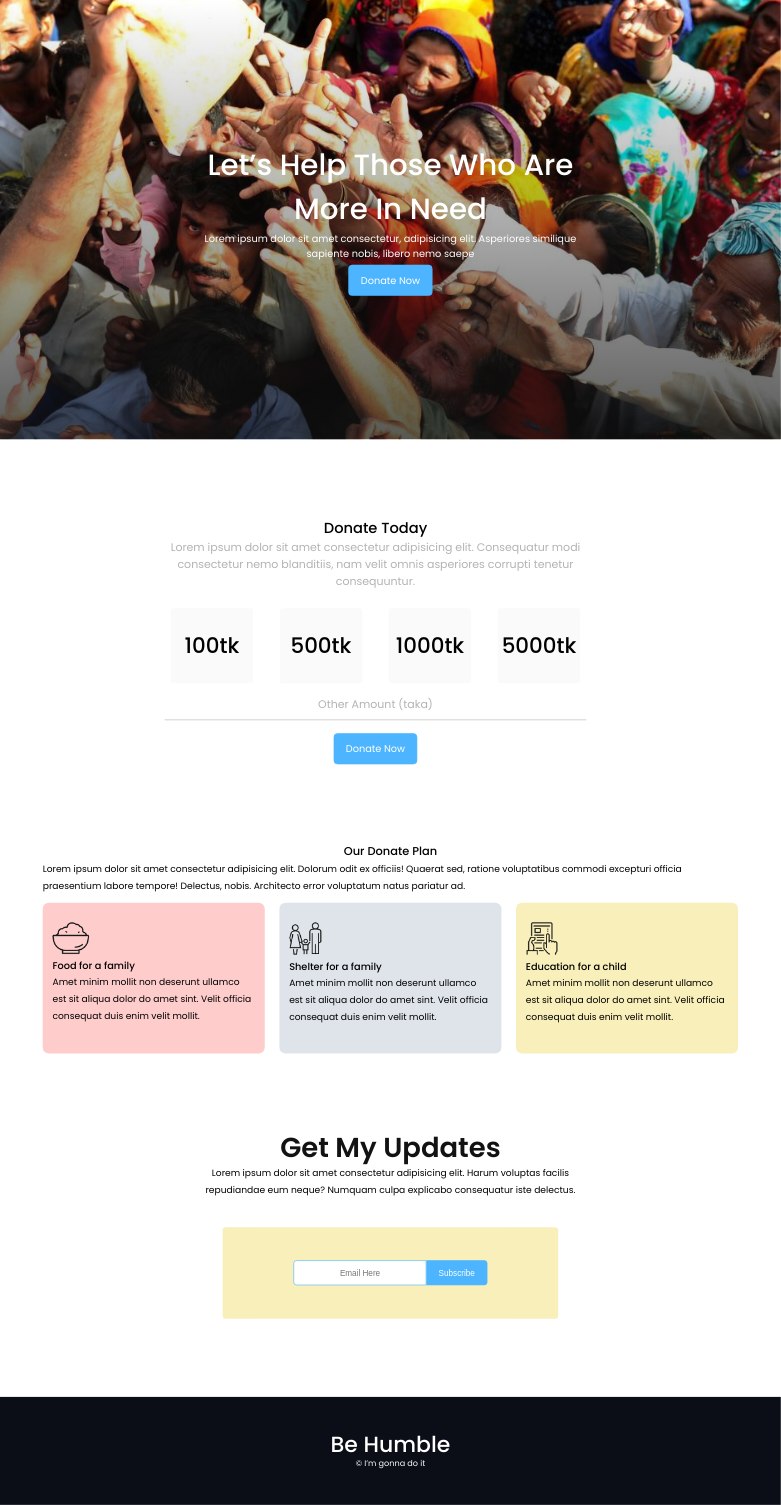
Repository: mdrubel02/donate-website
Page: index.html
An editor plug-in stored every save of this project. The page is shown before and after the next save, followed by the edit.
The browser window is 1280 px wide. The pictures show the whole page, at 61% of full size.

Above is the page before, as saved 2022-07-06 20:30:22.

### index.html
<!DOCTYPE html>
<html lang="en">

<head>
    <meta charset="UTF-8">
    <meta http-equiv="X-UA-Compatible" content="IE=edge">
    <meta name="viewport" content="width=device-width, initial-scale=1.0">
    <title>Our Donate Website</title>
    <link rel="stylesheet" href="./index.css">
</head>

<body>
    <!-- banner section -->
    <section class="banner-section">
        <div class="banner-content">
            <h1>Let’s Help Those Who Are More In Need</h1>
            <p>Lorem ipsum dolor sit amet consectetur, adipisicing elit. Asperiores similique
                sapiente nobis, libero nemo saepe</p>
            <a href="" class="btn btn-primary">Donate Now</a>
        </div>
    </section>

    <!-------- Donate Today------->
    <section class="container">
        <div class="donate-section">
            <h2 class="section-title">Donate Today</h2>

            <p class="small-title">Lorem ipsum dolor sit amet consectetur adipisicing elit. Consequatur modi
                consectetur nemo blanditiis, nam velit omnis asperiores corrupti tenetur consequuntur.</p>

            <div class="donate-today">
                <div class="donate-content">
                    <h3>100<span>tk</span> </h3>
                </div>
                <div class="donate-content">
                    <h3>500<span>tk</span> </h3>
                </div>
                <div class="donate-content">
                    <h3>1000<span>tk</span> </h3>
                </div>
                <div class="donate-content">
                    <h3>5000<span>tk</span> </h3>
                </div>
            </div>
            <p>Other Amount <span>(taka)</span></p>
            <hr>
            <a href="" class="btn btn-primary">Donate Now</a>
        </div>
    </section>

    <!---------- donate plan section-------- -->
    <section class="container">
        <h3 class="section-title">Our Donate Plan</h3>
        <p class="small-title">Lorem ipsum dolor sit amet consectetur adipisicing elit. Dolorum odit ex officiis!
            Quaerat sed, ratione voluptatibus commodi excepturi officia praesentium labore tempore! Delectus, nobis.
            Architecto error voluptatum natus pariatur ad.</p>
        <div class="donate-plan-section">
            <div id="food" class="donate-plan-content">
                <img src="./icons/food.png" alt="">
                <h4>Food for a family</h4>
                <p class="small-title">Amet minim mollit non deserunt ullamco est sit aliqua dolor do amet sint. Velit
                    officia consequat duis enim velit mollit.</p>
            </div>
            <div id="Shelter" class="donate-plan-content">
                <img src="./icons/shelter.png" alt="">
                <h4>Shelter for a family</h4>
                <p class="small-title">Amet minim mollit non deserunt ullamco est sit aliqua dolor do amet sint. Velit
                    officia consequat duis enim velit mollit.</p>
            </div>
            <div id="education" class="donate-plan-content">
                <img src="./icons/Frame-1.png" alt="">
                <h4>Education for a child</h4>
                <p class="small-title">Amet minim mollit non deserunt ullamco est sit aliqua dolor do amet sint. Velit
                    officia consequat duis enim velit mollit.</p>
            </div>
        </div>
    </section>

    <!-- Update Section -->
    <section class="container">
        <div class="section-title">
            <h1 class="title">Get My Updates</h1>
            <p class="small-title">Lorem ipsum dolor sit amet consectetur adipisicing elit. Harum voluptas facilis repudiandae eum neque?
                Numquam culpa explicabo consequatur iste delectus.</p>
        </div>
        <div class="update-section">
            <div class="update-content">
                <input class="email-input" type="email" placeholder="Email Here">
                <input class="submit-input" type="submit" value="Subscribe">
            </div>
        </div>
    </section>

    <!------- Footer Section---- -->
    <footer>
        <h1>Be Humble</h1>
        <small>&copy; I’m gonna do it</small>
    </footer>
</body>

</html>

### index.css
/* =====GOOGLE FONTS====== */
@import url('https://fonts.googleapis.com/css2?family=Poppins:wght@300;400;500;600&display=swap');

/* =====COMMON STYLES====== */
* {
    margin: 0;
    padding: 0;
    border: 0;
    outline: 0;
    list-style: none;
    text-decoration: none;
}

body {
    font-family: 'Poppins', sans-serif;
}

h1,
h2,
h3,
h4,
h5,
h6 {
    font-weight: 500;
}

/* img {
    display: block;
    width: 100%;
    object-fit: cover;
} */

.container {
    max-width: 1200px;
    margin: 0 auto;
    padding: 0 30px;
    margin-top: 10%;
    margin-bottom: 10%;
    box-sizing: border-box;
}

a {
    color: #fff;
    transition: all 400ms ease;
}

a:hover {
    color: #fff;
}

.btn {
    text-align: center;
    width: max-content;
    display: inline-block;
    color: #fff;
    padding: 0.75rem 1.2rem;
    border-radius: 0.4rem;
    border: 1px solid #4db5ff;
    transition: all 400ms ease;
}

.btn:hover {
    background: #fff;
    color: #4db5ff;
    border: 1px solid #4db5ff;
}

.btn-primary {
    background: #4db5ff;
    color: #fff;
}

.section-title {
    text-align: center;
    padding: 0 250px;
}
.title{
    color: #121212;
    font-weight: 700;
    font-size: 45px;
    line-height: 54px;
    text-align: center;
}
.small-title {
    font-family: 'Poppins';
    font-style: normal;
    font-weight: 400;
    font-size: 15px;
    line-height: 28px;
    ;
    margin-bottom: .9rem;
}

hr {
    border: 1px solid #DADADA;
    margin-bottom: 1.3rem;
}


/* ========BANNER SECTION STYLE======== */

.banner-section {
    background-image: url(./images/donation0.jpg);
    background-repeat: no-repeat;
    background-size: cover;
    background-position: center center;
    height: 100vh;
    width: 100%;
    position: relative;
    z-index: 1;
    display: flex;
    flex-direction: column;
    justify-content: center;
    align-items: center;
    text-align: center;
}

.banner-section:after {
    content: "";
    position: absolute;
    top: 0;
    left: 0;
    width: 100%;
    height: 100%;
    background: linear-gradient(360deg, #121212 0%, rgba(18, 18, 18, 0) 100%);
    opacity: .7;
    z-index: -5;
}

.banner-content {
    width: 50%;
}

.banner-content h1 {
    font-size: 3rem;
    color: #fff;
}

.banner-content p {
    margin-bottom: 5px;
    color: #fff;
}

/*=========== Donate section style========= */
.donate-today {
    display: flex;
    gap: 1.5rem;
    justify-content: space-around;

}

.donate-content {
    width: 135px;
    height: 123px;
    background: #FAFAFA;
    border-radius: 5px;
    font-size: 30px;
    font-weight: 700;
    line-height: 36px;
    display: flex;
    justify-content: center;
    align-items: center;
    margin: 1.2rem 0;
    transition: all 400ms ease;
}

.donate-content:hover {
    border: 2px solid #FF5959;
    border-radius: 5px;
    color: #FF5959;
}

.donate-section {
    width: 691px;
    margin-left: 200px;
    text-align: center;
}

.donate-section p {
    text-align: center;
}

.donate-section p {
    font-weight: 400;
    font-size: 18px;
    line-height: 28px;
    color: #B3B3B3;
    text-align: center;
    margin-bottom: .7rem;
}

/*========donate plan section======= */

.donate-plan-section {
    display: flex;
    gap: 1.5rem;
}

#Shelter {
    background: #dfe4ea;
}

#food {
    background-color: #ffcccc;
}

#education {
    background-color: #F8EFBA;
}

.donate-plan-content {
    overflow: hidden;
    padding: 2rem 1rem;
    border-radius: 10px;
}

/*=======update subscribe style=======*/
.update-section {
    display: flex;
    justify-content: center;
    align-items: center;
}
.update-section p{
    text-align: center;
    width: 400px;
}
.update-content {
    display: flex;
    justify-content: center;
    align-items: center;
    width: 550px;
    height: 150px;
    background-color: #F8EFBA;
    border-radius: 5px;
    margin-top: 2rem;
}

.email-input {
    text-align: center;
    width: max-content;
    display: inline-block;
    color: #4db5ff;
    padding: 0.75rem 1.2rem;
    border-radius: 5px 0 0 5px;
    border: 1px solid #4db5ff;
}

.submit-input {
    text-align: center;
    width: max-content;
    display: inline-block;
    color: #fff;
    padding: 0.75rem 1.2rem;
    border-radius: 0 5px 5px 0;
    border: 1px solid #4db5ff;
    background-color: #4db5ff;
}

/*=======footer style=======*/
footer {
    background-color: #0B0D17;
    height: 177px;
    display: flex;
    flex-direction: column;
    justify-content: center;
    align-items: center;
}

footer h1 {
    color: #fff;
    font-size: 36px;
    line-height: 44px;
}

footer small {
    color: #fff;
}

After the next save:
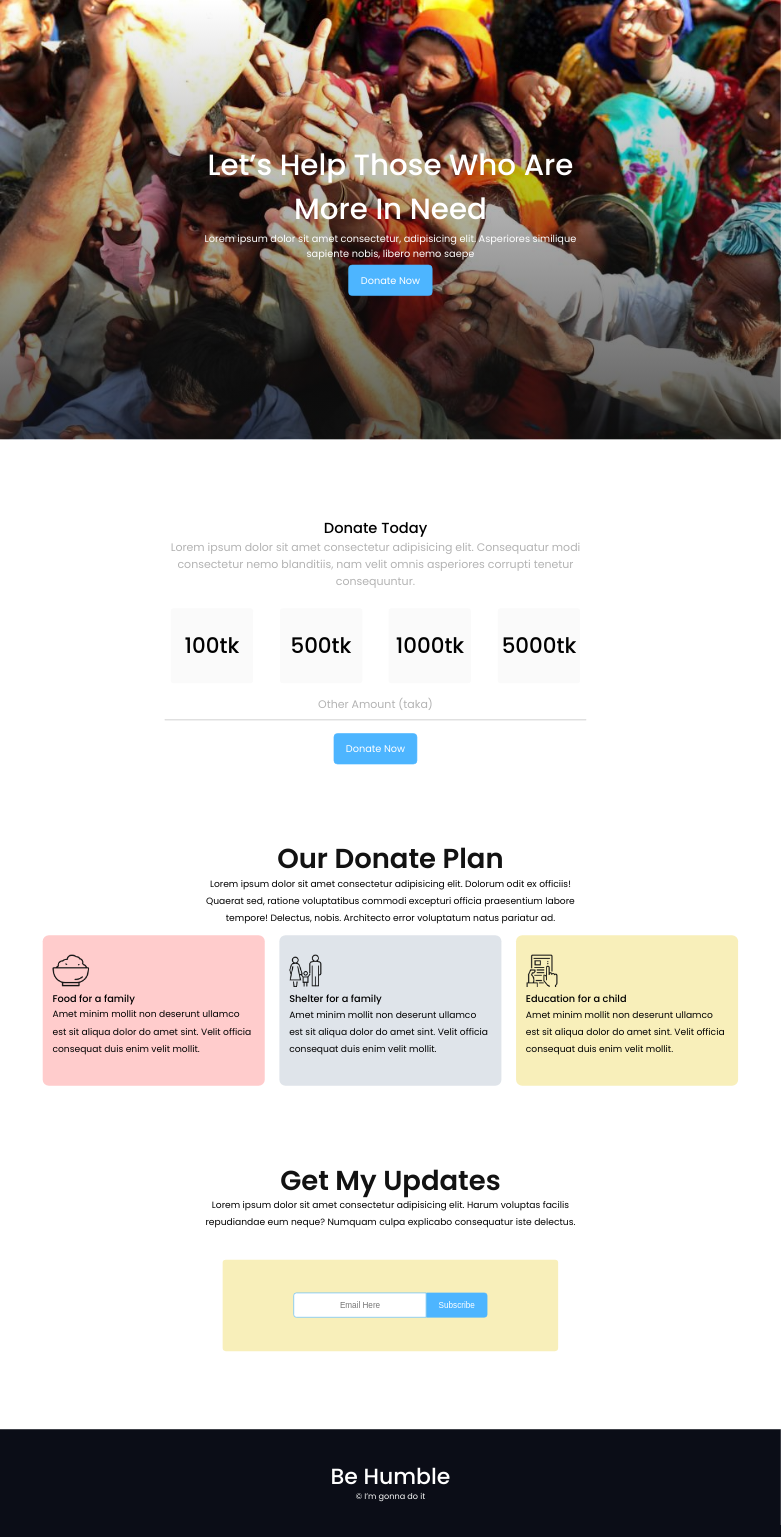
Saved 94 s later.
--- a/index.html
+++ b/index.html
@@ -50,10 +50,12 @@
 
     <!---------- donate plan section-------- -->
     <section class="container">
-        <h3 class="section-title">Our Donate Plan</h3>
-        <p class="small-title">Lorem ipsum dolor sit amet consectetur adipisicing elit. Dolorum odit ex officiis!
-            Quaerat sed, ratione voluptatibus commodi excepturi officia praesentium labore tempore! Delectus, nobis.
-            Architecto error voluptatum natus pariatur ad.</p>
+        <div class="section-title">
+            <h3 class="title">Our Donate Plan</h3>
+            <p class="small-title">Lorem ipsum dolor sit amet consectetur adipisicing elit. Dolorum odit ex officiis!
+                Quaerat sed, ratione voluptatibus commodi excepturi officia praesentium labore tempore! Delectus, nobis.
+                Architecto error voluptatum natus pariatur ad.</p>
+        </div>
         <div class="donate-plan-section">
             <div id="food" class="donate-plan-content">
                 <img src="./icons/food.png" alt="">
@@ -80,7 +82,8 @@
     <section class="container">
         <div class="section-title">
             <h1 class="title">Get My Updates</h1>
-            <p class="small-title">Lorem ipsum dolor sit amet consectetur adipisicing elit. Harum voluptas facilis repudiandae eum neque?
+            <p class="small-title">Lorem ipsum dolor sit amet consectetur adipisicing elit. Harum voluptas facilis
+                repudiandae eum neque?
                 Numquam culpa explicabo consequatur iste delectus.</p>
         </div>
         <div class="update-section">
